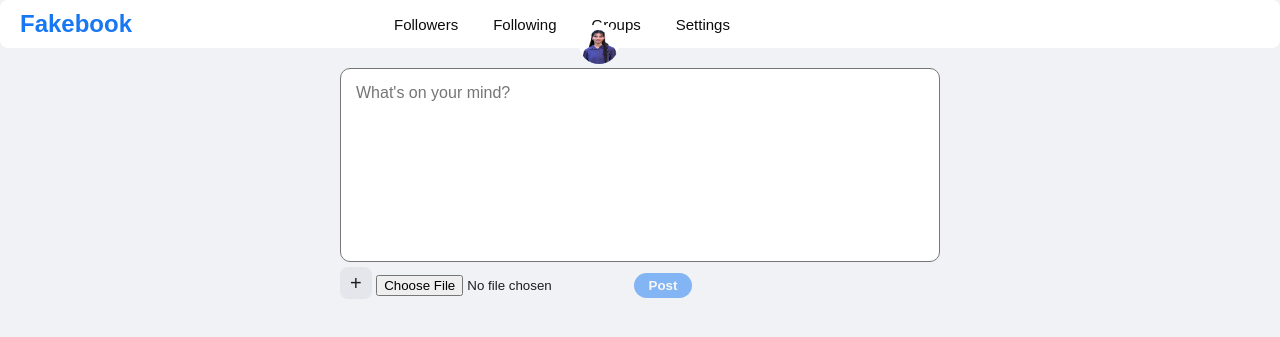
Repository: harpreetkaur2201/FAKEBOOK
Page: fakebook_profile/index.html
An editor plug-in stored every save of this project. The page is shown before and after the next save, followed by the edit.
The browser window is 1280 px wide. The pictures show the whole page.

Above is the page before, as saved 2025-11-14 20:00:22.

After the next save:
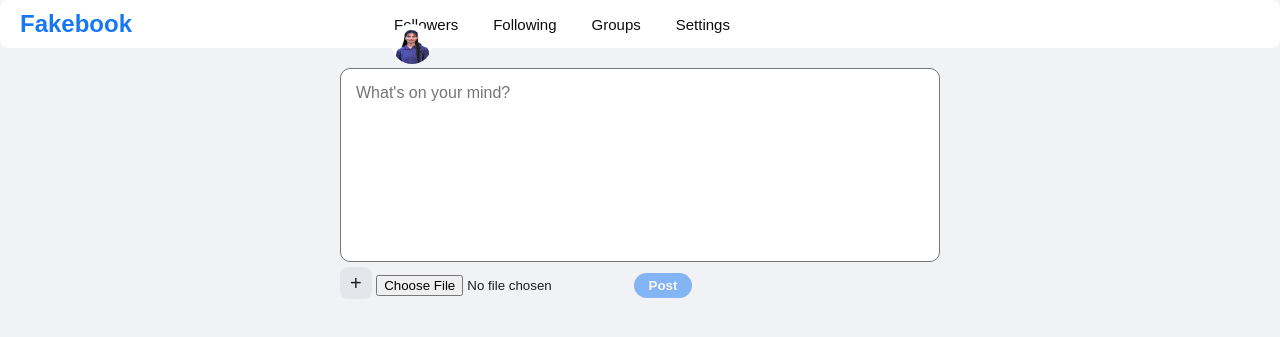
Saved 6 s later.
--- a/fakebook_profile/assets/styles/style.css
+++ b/fakebook_profile/assets/styles/style.css
@@ -59,7 +59,7 @@ header nav img.avatar {
   height: 40px;
   border-radius: 50%;
   position: absolute;
-  left: 50%;
+  left: 2%;
 }
 
 .create-post {
